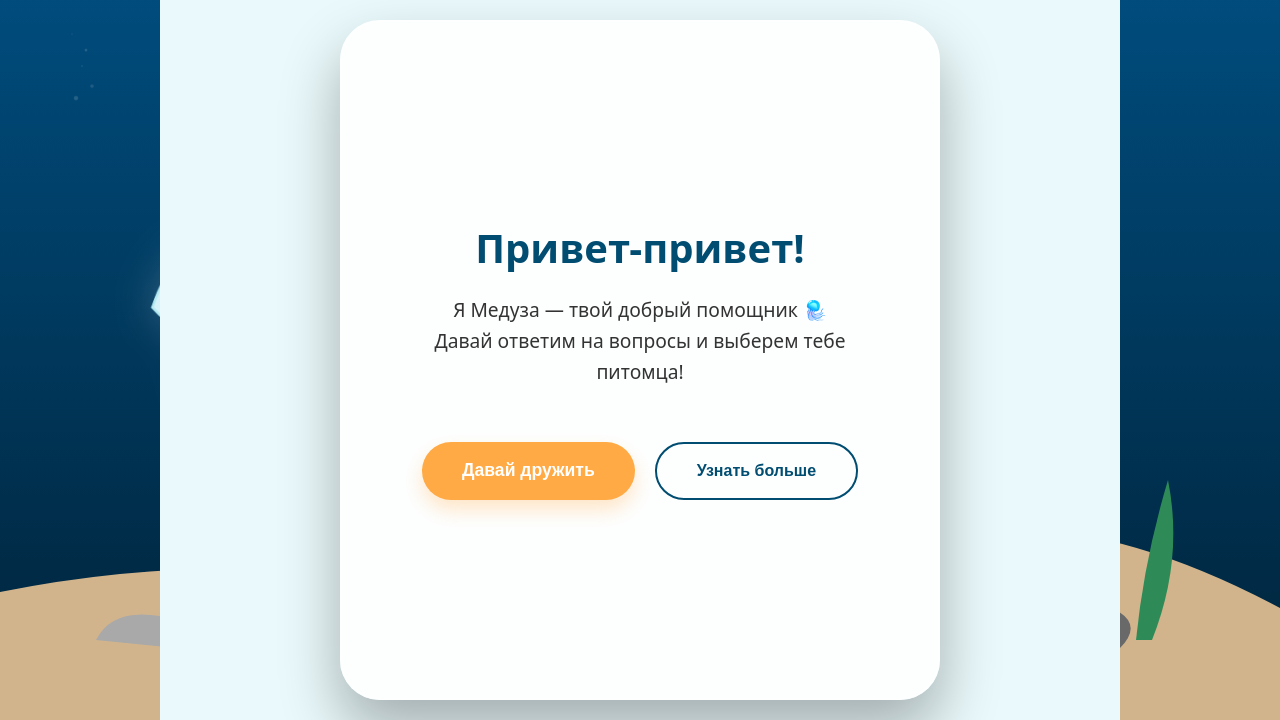
Repository: HOADF/kids-career-world
Page: index.html
The author's editor kept a copy of each file at every save. The page is drawn from the files as they stood at one save, then again after the next save.
The browser window is 1280 px wide. The pictures show the whole page.

Above is the page before, as saved 2026-03-13 19:42:48.

### index.html
<!doctype html>
<html lang="ru">
<head>
  <meta charset="utf-8" />
  <meta name="viewport" content="width=device-width,initial-scale=1" />
  <title>Kids Career World</title>
  <link rel="stylesheet" href="style.css">
  <link rel="stylesheet" href="animations.css">
  <script type="module" src="script.js"></script>
</head>
<body>

  <div class="ocean-frame" id="global-ocean" aria-hidden="true">
    <img src="backgrounds/ocean.svg" class="layer-bg" id="bg-img">
    <img src="backgrounds/ocean_floor.svg" class="layer-floor" id="floor-img">

    <img src="pets/jellyfish.svg" class="jelly-svg" id="main-pet-image">

    <img src="fx/bubbles.svg" class="bubble-stream stream-1">
    <img src="fx/bubbles.svg" class="bubble-stream stream-2">
    <img src="fx/bubbles.svg" class="bubble-stream stream-3">
  </div>

  <main class="page-root">

    <section id="welcome-card" class="welcome-card">
      <h1>Привет-привет!</h1>
      <p class="lead">
        Я Медуза — твой добрый помощник 🪼<br>
        Давай ответим на вопросы и выберем тебе питомца!
      </p>
      <div style="display: flex; gap: 20px; justify-content: center; margin-top: 30px;">
        <button id="start-quiz" class="btn-primary">Давай дружить</button>
        <button id="learn-more" class="btn-ghost">Узнать больше</button>
      </div>
    </section>

    <section id="questions-section" class="questions-card hidden">
      <div id="progress">Вопрос <span id="q-index">1</span> из <span id="q-total">5</span></div>
      <h2 id="question-title" style="margin: 20px 0;">Загружаю...</h2>
      <div id="answers" style="display: grid; gap: 15px;"></div>
      <button id="btn-back" class="btn-ghost" style="margin-top: 20px; padding: 10px 20px;">◀ Назад</button>
    </section>

    <section id="result-section" class="result-card hidden">
      <h2 id="result-title">Твой итог</h2>
      <div id="result-pet" style="width: 200px; margin: 20px auto;"></div>
      <div id="result-games" style="margin-bottom: 30px;"></div>
      <button id="restart" class="btn-ghost">Сначала</button>
      <button id="continue" class="btn-primary">В комнату!</button>
    </section>

  </main>
</body>
</html>

### style.css
/* Главный файл стилей — "Оглавление" */
@import url('base.css');
@import url('components.css');
@import url('animations.css');
@import url('games-list.css');

### animations.css
/* 1. ЖИВОЙ ФОН НА ВЕСЬ ЭКРАН */
.ocean-frame {
  position: fixed; /* Фиксируем на весь экран */
  top: 0;
  left: 0;
  width: 100vw;
  height: 100vh;
  z-index: -1; /* Всегда под контентом */
  overflow: hidden;
  background: #004d71;
}

.layer-bg, .layer-floor {
  position: absolute;
  width: 100%;
  height: 100%;
  object-fit: cover;
}

.layer-floor {
  bottom: 0;
  height: auto;
  min-height: 20%;
  z-index: 2;
}

/* МЕДУЗА (ПЛАВАЕТ ГДЕ-ТО В ОКЕАНЕ) */
.jelly-svg {
  position: absolute;
  left: 10%;
  top: 30%;
  width: 200px;
  z-index: 3;
  animation: petFloat 5s ease-in-out infinite;
  filter: drop-shadow(0 0 20px rgba(255,255,255,0.2));
}

@keyframes petFloat {
  0%, 100% { transform: translate(0, 0) rotate(-3deg); }
  50% { transform: translate(10px, -30px) rotate(3deg); }
}

/* ПУЗЫРЬКИ ПО ВСЕМУ ЭКРАНУ */
.bubble-stream {
  position: absolute;
  bottom: -100px;
  width: 40px;
  opacity: 0.3;
  z-index: 4;
}
.stream-1 { left: 5%; animation: rise 8s infinite; }
.stream-2 { left: 85%; animation: rise 12s infinite 2s; }
.stream-3 { left: 50%; animation: rise 10s infinite 5s; }

@keyframes rise {
  0% { transform: translateY(0); opacity: 0; }
  50% { opacity: 0.5; }
  100% { transform: translateY(-110vh); opacity: 0; }
}

/* 2. ИНТЕРФЕЙС (СТЕКЛЯННАЯ КАРТОЧКА) */
.page-root {
  display: flex;
  justify-content: center;
  align-items: center;
  min-height: 100vh;
  padding: 20px;
  position: relative;
  z-index: 10;
}

.welcome-card, .questions-card, .result-card {
  background: rgba(255, 255, 255, 0.9); /* Полупрозрачный белый */
  backdrop-filter: blur(10px); /* Эффект матового стекла */
  border: 2px solid rgba(255, 255, 255, 0.3);
  padding: 50px;
  border-radius: 40px;
  max-width: 600px;
  width: 100%;
  text-align: center;
  box-shadow: 0 30px 60px rgba(0,0,0,0.3);
}

h1 { color: #004d71; font-size: 2.5rem; margin-bottom: 20px; }
.lead { color: #333; font-size: 1.2rem; line-height: 1.6; }

/* КНОПКИ */
.btn-primary {
  background: #ffaa44;
  color: white;
  border: none;
  padding: 18px 40px;
  border-radius: 50px;
  font-weight: bold;
  font-size: 1.1rem;
  cursor: pointer;
  box-shadow: 0 10px 20px rgba(255, 170, 68, 0.3);
}

.btn-ghost {
  background: transparent;
  color: #004d71;
  border: 2px solid #004d71;
  padding: 18px 40px;
  border-radius: 50px;
  font-weight: bold;
}

.hidden { display: none !important; }

### script.js
import { petAssets } from './config.js';
import { QuizManager } from './quiz.js';

document.addEventListener('DOMContentLoaded', () => {
    const quiz = new QuizManager();

    // Элементы интерфейса
    const welcomeCard = document.getElementById('welcome-card');
    const questionsSection = document.getElementById('questions-section');
    const resultSection = document.getElementById('result-section');
    const petRoom = document.getElementById('pet-room');

    // Кнопки
    const startBtn = document.getElementById('start-quiz');
    const btnRestart = document.getElementById('restart');
    const btnContinue = document.getElementById('continue');
    const btnBack = document.getElementById('btn-back');

    // Поля теста
    const qTitle = document.getElementById('question-title');
    const qAnswers = document.getElementById('answers');
    const qIndexEl = document.getElementById('q-index');
    const qTotalEl = document.getElementById('q-total');

    // Поля результата
    const resultPet = document.getElementById('result-pet');
    const resultGames = document.getElementById('result-games');
    const resultTitle = document.getElementById('result-title');

    // Слои мира (динамический фон)
    const bgImg = document.getElementById('bg-img');
    const floorImg = document.getElementById('floor-img');
    const mainPetImg = document.getElementById('pet-img');

    // 1. ПРОВЕРКА ВХОДА
    if (localStorage.getItem('childName') && petRoom) {
        welcomeCard?.classList.add('hidden');
        petRoom.classList.remove('hidden');
    }

    // 2. СБОРКА SVG ПИТОМЦА
    function assemblePet(type, markType = 'heart') {
        const body = petAssets.bodies[type] || petAssets.bodies['artist'];
        const mark = petAssets.marks[markType] || "";
        return `
        <svg viewBox="0 0 200 200" style="width:100%; height:100%;">
          ${body}
          <g class="accessory-layer">${mark}</g>
        </svg>`;
    }

    // 3. ОБНОВЛЕНИЕ ВИЗУАЛА МИРА
    function updateWorld(worldData, petType) {
        if (!worldData) return;

        // Плавная смена через прозрачность (если добавить transition в CSS)
        if (bgImg) bgImg.src = worldData.bg;
        if (floorImg) floorImg.src = worldData.floor;

        // Меняем главного персонажа на фоне
        if (mainPetImg) {
            mainPetImg.src = `pets/${petType}.svg`;
            // Если используешь SVG сборку для фона:
            // mainPetImg.parentElement.innerHTML = assemblePet(petType);
        }
    }

    // 4. ОТОБРАЖЕНИЕ ВОПРОСА
    function renderQuestion() {
        const q = quiz.getCurrentQuestion();
        const progress = quiz.getProgress();

        qIndexEl.textContent = progress.current;
        qTotalEl.textContent = progress.total;
        qTitle.textContent = q.text;
        qAnswers.innerHTML = '';

        q.answers.forEach(ans => {
            const btn = document.createElement('button');
            btn.className = 'answer-btn btn-primary'; // Используем наши новые стили
            btn.style.margin = "5px";
            btn.textContent = ans.text;

            btn.onclick = () => {
                const step = quiz.nextQuestion(ans.type);
                if (step.finished) {
                    showResult(step.result);
                } else {
                    renderQuestion();
                }
            };
            qAnswers.appendChild(btn);
        });

        if (btnBack) btnBack.disabled = progress.current === 1;
    }

    function showResult(result) {
        questionsSection.classList.add('hidden');
        resultSection.classList.remove('hidden');

        // Меняем фон и персонажа под результат
        updateWorld(result.data.world, result.type);

        resultTitle.textContent = `Твой друг: ${result.data.pet}`;
        resultPet.innerHTML = assemblePet(result.type, 'heart');
        resultGames.textContent = result.data.games;
    }

    // 5. СОБЫТИЯ
    startBtn?.addEventListener('click', () => {
        welcomeCard.classList.add('hidden');
        questionsSection.classList.remove('hidden');
        renderQuestion();
    });

    btnBack?.addEventListener('click', () => {
        if (quiz.prevQuestion()) renderQuestion();
    });

    btnRestart?.addEventListener('click', () => {
        quiz.reset();
        resultSection.classList.add('hidden');
        welcomeCard.classList.remove('hidden');
        // Возвращаем стандартный фон океана
        if (bgImg) bgImg.src = 'backgrounds/ocean.svg';
        if (floorImg) floorImg.src = 'backgrounds/ocean_floor.svg';
    });

    btnContinue?.addEventListener('click', () => {
        localStorage.setItem('childName', 'Друг');
        location.reload();
    });
});

### base.css
/* ---------- Базовые стили ---------- */
:root {
  --color-bg: #eaf9fb;
  --color-accent: #ffb44a;
  --color-text: #023436;
  --color-subtle: #0b6b6f;
  --color-white: #ffffff;
  --transition-fast: 0.3s ease;
  --transition-slow: 0.6s ease;
}

* {
  box-sizing: border-box;
  margin: 0;
  padding: 0;
}

html, body {
  width: 100%;
  height: 100%;
  font-family: system-ui, "Segoe UI", Roboto, sans-serif;
  color: var(--color-text);
  background-color: var(--color-bg);
  overflow-x: hidden;
}

.hidden {
  display: none !important;
}

.background-decor {
  position: fixed;
  top: 0;
  left: 0;
  width: 100%;
  height: 100%;
  background: linear-gradient(180deg, #eaf9fb 0%, #f8ffff 100%);
  z-index: -1;
}

.page-root {
  display: flex;
  flex-direction: column;
  align-items: center;
  justify-content: center;
  padding: 2rem;
  min-height: 100vh;
}

/* 📱 АДАПТИВНОСТЬ ПОД УСТРОЙСТВА */
@media (max-width: 700px) {
  .welcome-card { padding: 1.5rem; }
  .welcome-inner { flex-direction: column; text-align: center; }
  .controls { justify-content: center; }
}

@media (max-width: 480px) {
  body { font-size: 14px; padding: 0.5rem; }
  .welcome-card, .questions-card, .result-card { padding: 1rem; border-radius: 1rem; }
  .welcome-card h1 { font-size: 1.4rem; line-height: 1.4; }
  .welcome-text p { font-size: 0.95rem; }
  .controls { flex-direction: column; gap: 0.75rem; }
  button { width: 100%; font-size: 1rem; padding: 0.8rem; }
  .pet-visual { width: 120px; height: 120px; }
}

@media (min-width: 481px) and (max-width: 768px) {
  body { font-size: 16px; padding: 1rem; }
  .welcome-card, .questions-card, .result-card { padding: 1.5rem; }
  .welcome-card h1 { font-size: 1.8rem; }
  .welcome-text p { font-size: 1rem; }
  button { font-size: 1rem; padding: 0.9rem 1.2rem; }
  .pet-visual { width: 150px; height: 150px; }
}

@media (min-width: 769px) and (max-width: 1200px) {
  body { font-size: 18px; padding: 1.5rem; }
  .welcome-card, .questions-card, .result-card { padding: 2rem; }
  .welcome-card h1 { font-size: 2rem; }
  .pet-visual { width: 180px; height: 180px; }
}

@media (min-width: 1201px) {
  body { font-size: 20px; max-width: 960px; margin: 0 auto; }
  .welcome-card, .questions-card, .result-card { border-radius: 2rem; }
  .pet-visual { width: 200px; height: 200px; }
}

### components.css
/* ---------- Карточки и Кнопки ---------- */
.welcome-card,
.questions-card,
.result-card {
  background: var(--color-white);
  border-radius: 24px;
  box-shadow: 0 6px 20px rgba(0, 0, 0, 0.08);
  max-width: 900px;
  width: 100%;
  padding: 2rem 3rem;
  display: flex;
  flex-direction: column;
  justify-content: center;
  animation: fadeIn var(--transition-slow);
}

.welcome-inner { display: flex; align-items: center; gap: 2rem; flex-wrap: wrap; justify-content: center; }
.welcome-text { flex: 1 1 400px; text-align: left; }

h1, h2 { font-weight: 700; color: var(--color-subtle); margin-bottom: 1rem; }
.lead { font-size: 1.1rem; line-height: 1.6; margin-bottom: 1.5rem; }

.controls { display: flex; gap: 1rem; flex-wrap: wrap; margin-bottom: 1rem; }

.btn-primary, .btn-ghost {
  font-size: 1rem; border-radius: 12px; padding: 0.8rem 1.6rem;
  cursor: pointer; transition: all var(--transition-fast); border: none;
}
.btn-primary { background: var(--color-accent); color: var(--color-white); }
.btn-primary:hover { background: #ff9f1a; transform: translateY(-2px); }
.btn-ghost { background: transparent; color: var(--color-subtle); border: 2px solid var(--color-subtle); }
.btn-ghost:hover { background: var(--color-subtle); color: var(--white); transform: translateY(-2px); }

.small { padding: 0.5rem 1rem; font-size: 0.9rem; }
.meta-note { font-size: 0.9rem; color: #555; opacity: 0.8; }

/* ---------- Опрос и Результат ---------- */
.questions-inner, .result-inner { display: flex; flex-direction: column; align-items: center; gap: 1rem; }
.progress { font-size: 0.95rem; color: #666; }
.question-title { font-size: 1.2rem; text-align: center; margin-bottom: 1rem; }

.answers { display: flex; flex-direction: column; gap: 0.8rem; width: 100%; max-width: 600px; }
.answers button {
  background: var(--color-bg); border: 2px solid transparent; border-radius: 12px;
  padding: 0.8rem 1.2rem; text-align: left; transition: all var(--transition-fast); font-size: 1rem;
}
.answers button:hover { border-color: var(--color-accent); background: #fff8f0; transform: translateY(-1px); }
.answers button.selected { border-color: var(--color-accent); background: #fff1de; }

.nav-row, .result-controls { display: flex; justify-content: space-between; width: 100%; max-width: 600px; margin-top: 1rem; }
.result-pet { margin-top: 1rem; font-size: 1.1rem; }
.result-games { font-size: 1rem; color: #333; }

### games-list.css
.games-container {
  display: flex;
  flex-wrap: wrap;
  gap: 16px;
  justify-content: center;
}

.game-card {
  width: 220px;
  background: #fff;
  border-radius: 14px;
  padding: 12px;
  box-shadow: 0 6px 14px rgba(0,0,0,0.1);
  text-align: center;
}

.game-card img {
  width: 100%;
  border-radius: 10px;
}

.play-btn {
  display: inline-block;
  margin-top: 8px;
  background: #4fc3f7;
  color: #fff;
  padding: 8px 12px;
  border-radius: 8px;
  text-decoration: none;
  font-weight: bold;
}

.play-btn:hover {
  transform: translateY(-2px);
}

.level {
  color: #555;
  font-size: 14px;
  margin-top: 4px;
}

.main-layout {
  display: flex;
  justify-content: space-between;
  align-items: flex-start;
  gap: 32px;
  max-width: 1200px;
  margin: 0 auto;
  padding: 20px;
}

.welcome-card {
  flex: 1 1 50%;
  min-width: 400px;
}

.games-panel {
  flex: 1 1 50%;
  min-width: 400px;
}

.games-container {
  display: flex;
  flex-wrap: wrap;
  gap: 16px;
  justify-content: center;
}

.game-card {
  width: 200px;
  background: #fff;
  border-radius: 14px;
  padding: 12px;
  box-shadow: 0 6px 14px rgba(0,0,0,0.1);
  text-align: center;
}

### quiz.js
import { questions, results } from './config.js';

export class QuizManager {
    constructor() {
        this.currentQuestion = 0;
        this.answersGiven = [];
    }

    getCurrentQuestion() {
        return questions[this.currentQuestion];
    }

    nextQuestion(answerType) {
        this.answersGiven[this.currentQuestion] = answerType;
        if (this.currentQuestion < questions.length - 1) {
            this.currentQuestion++;
            return { finished: false };
        }
        return { finished: true, result: this.calculateResult() };
    }

    prevQuestion() {
        if (this.currentQuestion > 0) {
            this.currentQuestion--;
            return true;
        }
        return false;
    }

    calculateResult() {
        const counts = {};
        this.answersGiven.forEach(t => counts[t] = (counts[t] || 0) + 1);
        const topType = Object.keys(counts).reduce((a, b) => counts[a] > counts[b] ? a : b);
        return { type: topType, data: results[topType] };
    }

    reset() {
        this.currentQuestion = 0;
        this.answersGiven = [];
    }

    getProgress() {
        return {
            current: this.currentQuestion + 1,
            total: questions.length
        };
    }
}

Loaded but not shown: pets/jellyfish.svg (23 lines, source omitted); backgrounds/ocean_floor.svg (30 lines, source omitted); backgrounds/ocean.svg (17 lines, source omitted); fx/bubbles.svg (10 lines, source omitted); config.js (176 lines, source omitted)

After the next save:
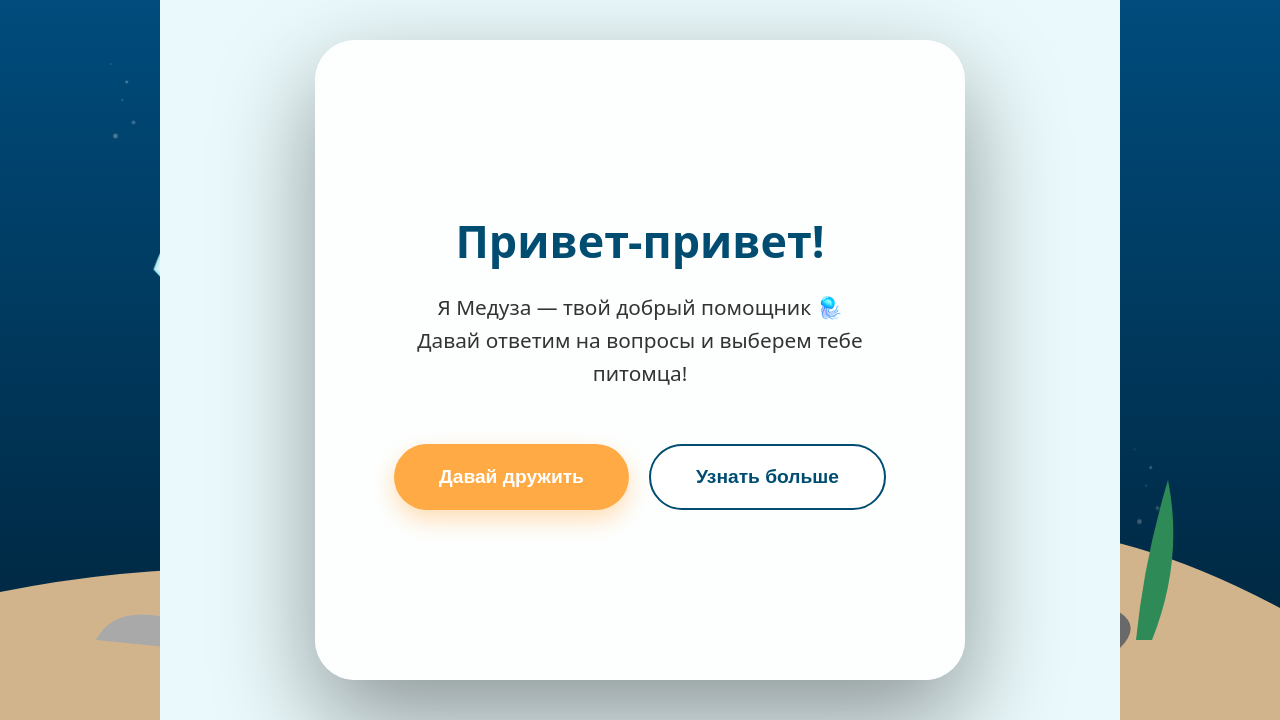
Saved 2 min 22 s later.
--- a/animations.css
+++ b/animations.css
@@ -1,15 +1,16 @@
-/* 1. ЖИВОЙ ФОН НА ВЕСЬ ЭКРАН */
+/* 1. ОБЩИЙ ФОН НА ВЕСЬ ЭКРАН */
 .ocean-frame {
-  position: fixed; /* Фиксируем на весь экран */
+  position: fixed; /* Фиксирует фон относительно окна */
   top: 0;
   left: 0;
   width: 100vw;
   height: 100vh;
-  z-index: -1; /* Всегда под контентом */
+  z-index: -1;    /* Всегда в самом низу */
   overflow: hidden;
   background: #004d71;
 }
 
+/* Растягиваем картинки фона на весь экран */
 .layer-bg, .layer-floor {
   position: absolute;
   width: 100%;
@@ -20,90 +21,88 @@
 .layer-floor {
   bottom: 0;
   height: auto;
-  min-height: 20%;
+  min-height: 25%;
   z-index: 2;
 }
 
-/* МЕДУЗА (ПЛАВАЕТ ГДЕ-ТО В ОКЕАНЕ) */
+/* МЕДУЗА (ПЛАВАЕТ В ОКЕАНЕ, А НЕ В КАРТОЧКЕ) */
 .jelly-svg {
   position: absolute;
   left: 10%;
-  top: 30%;
-  width: 200px;
+  top: 25%;
+  width: 220px;
   z-index: 3;
-  animation: petFloat 5s ease-in-out infinite;
-  filter: drop-shadow(0 0 20px rgba(255,255,255,0.2));
+  animation: petFloat 6s ease-in-out infinite;
 }
 
 @keyframes petFloat {
-  0%, 100% { transform: translate(0, 0) rotate(-3deg); }
-  50% { transform: translate(10px, -30px) rotate(3deg); }
+  0%, 100% { transform: translateY(0) rotate(-3deg); }
+  50% { transform: translateY(-40px) rotate(3deg); }
 }
 
-/* ПУЗЫРЬКИ ПО ВСЕМУ ЭКРАНУ */
+/* ПУЗЫРЬКИ (ПО ВСЕМУ ЭКРАНУ) */
 .bubble-stream {
   position: absolute;
   bottom: -100px;
-  width: 40px;
-  opacity: 0.3;
+  width: 45px;
+  opacity: 0.4;
   z-index: 4;
 }
-.stream-1 { left: 5%; animation: rise 8s infinite; }
-.stream-2 { left: 85%; animation: rise 12s infinite 2s; }
-.stream-3 { left: 50%; animation: rise 10s infinite 5s; }
+.stream-1 { left: 8%; animation: rise 9s infinite; }
+.stream-2 { left: 88%; animation: rise 13s infinite 2s; }
 
 @keyframes rise {
   0% { transform: translateY(0); opacity: 0; }
-  50% { opacity: 0.5; }
+  50% { opacity: 0.6; }
   100% { transform: translateY(-110vh); opacity: 0; }
 }
 
-/* 2. ИНТЕРФЕЙС (СТЕКЛЯННАЯ КАРТОЧКА) */
+/* 2. ИНТЕРФЕЙС ПОВЕРХ ФОНА */
 .page-root {
   display: flex;
   justify-content: center;
   align-items: center;
   min-height: 100vh;
-  padding: 20px;
+  padding: 40px;
+}
+
+.welcome-card, .questions-card, .result-card {
   position: relative;
+  background: rgba(255, 255, 255, 0.9); /* Полупрозрачное стекло */
+  backdrop-filter: blur(8px);
+  border-radius: 40px;
+  padding: 60px;
+  max-width: 650px;
+  width: 100%;
+  text-align: center;
+  box-shadow: 0 40px 100px rgba(0,0,0,0.4);
   z-index: 10;
 }
 
-.welcome-card, .questions-card, .result-card {
-  background: rgba(255, 255, 255, 0.9); /* Полупрозрачный белый */
-  backdrop-filter: blur(10px); /* Эффект матового стекла */
-  border: 2px solid rgba(255, 255, 255, 0.3);
-  padding: 50px;
-  border-radius: 40px;
-  max-width: 600px;
-  width: 100%;
-  text-align: center;
-  box-shadow: 0 30px 60px rgba(0,0,0,0.3);
-}
-
-h1 { color: #004d71; font-size: 2.5rem; margin-bottom: 20px; }
-.lead { color: #333; font-size: 1.2rem; line-height: 1.6; }
+h1 { color: #004d71; font-size: 2.8rem; margin-bottom: 20px; }
+.lead { color: #333; font-size: 1.3rem; line-height: 1.6; }
 
 /* КНОПКИ */
 .btn-primary {
   background: #ffaa44;
   color: white;
   border: none;
-  padding: 18px 40px;
-  border-radius: 50px;
+  padding: 20px 45px;
+  border-radius: 60px;
   font-weight: bold;
-  font-size: 1.1rem;
+  font-size: 1.2rem;
   cursor: pointer;
-  box-shadow: 0 10px 20px rgba(255, 170, 68, 0.3);
+  box-shadow: 0 10px 25px rgba(255, 170, 68, 0.4);
 }
 
 .btn-ghost {
-  background: transparent;
+  background: white;
   color: #004d71;
   border: 2px solid #004d71;
-  padding: 18px 40px;
-  border-radius: 50px;
+  padding: 20px 45px;
+  border-radius: 60px;
   font-weight: bold;
+  font-size: 1.2rem;
 }
 
 .hidden { display: none !important; }
